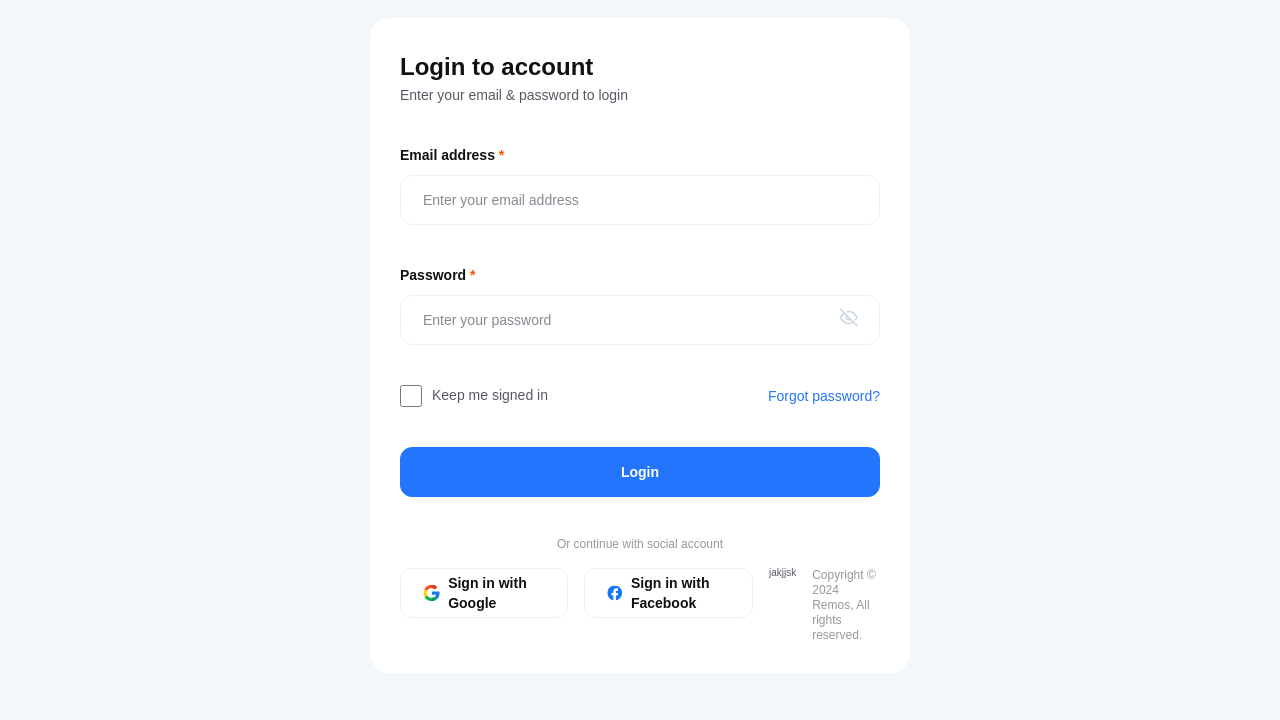
Repository: ERakshaypatidar/Gyanshieela
Page: login.html
These files come from the project's save history. The page is drawn as it stood at one moment and after a run of saves; the edit follows.
The browser window is 1280 px wide. The pictures show the whole page.
Some web fonts or font styles are not loaded; a fallback is used.

Above is the page before, as saved 2024-12-16 10:22:10.

### login.html
<!DOCTYPE html>
<!--[if IE 8 ]><html class="ie" xmlns="http://www.w3.org/1999/xhtml" xml:lang="en-US" lang="en-US"> <![endif]-->
<!--[if (gte IE 9)|!(IE)]><!-->
<html xmlns="http://www.w3.org/1999/xhtml" xml:lang="en-US" lang="en-US">
<!--<![endif]-->


<!-- Mirrored from themesflat.co/html/remos/login.html by HTTrack Website Copier/3.x [XR&CO'2014], Wed, 03 Apr 2024 09:29:12 GMT -->

<head>
    <script>
        // Client-side form validation and setting login status
        function validateLoginForm(event) {
            event.preventDefault(); // Prevent form submission

            const email = document.getElementById('email').value;
            const password = document.getElementById('password').value;

            // Basic email validation using regex
            const emailPattern = /^[a-zA-Z0-9._-]+@[a-zA-Z0-9.-]+\.[a-zA-Z]{2,4}$/;
            if (!email || !emailPattern.test(email)) {
                alert("Please enter a valid email address.");
                return;
            }

            // Password validation
            if (!password || password.length < 6) {
                alert("Password must be at least 6 characters long.");
                return;
            }

            // If validation is successful, set login status in localStorage
            localStorage.setItem("isLoggedIn", "true");

            // Redirect to the homepage after successful login
            window.location.href = "index.html";
        }
    </script>
    <!-- Basic Page Needs -->
    <meta charset="utf-8">
    <!--[if IE]><meta http-equiv='X-UA-Compatible' content='IE=edge,chrome=1'><![endif]-->
    <title>Remos eCommerce Admin Dashboard HTML Template</title>

    <meta name="author" content="themesflat.com">

    <!-- Mobile Specific Metas -->
    <meta name="viewport" content="width=device-width, initial-scale=1, maximum-scale=1">

    <!-- Theme Style -->
    <link rel="stylesheet" type="text/css" href="css/animate.min.css">
    <link rel="stylesheet" type="text/css" href="css/animation.css">
    <link rel="stylesheet" type="text/css" href="css/bootstrap.css">
    <link rel="stylesheet" type="text/css" href="css/bootstrap-select.min.css">
    <link rel="stylesheet" type="text/css" href="css/style.css">



    <!-- Font -->
    <link rel="stylesheet" href="font/fonts.css">

    <!-- Icon -->
    <link rel="stylesheet" href="icon/style.css">

    <!-- Favicon and Touch Icons  -->
    <link rel="shortcut icon" href="images/favicon.png">
    <link rel="apple-touch-icon-precomposed" href="images/favicon.png">

</head>

<body class="body">

    <!-- #wrapper -->
    <div id="wrapper">
        <!-- #page -->
        <div id="page" class="">
            <div class="wrap-login-page">
                <div class="flex-grow flex flex-column justify-center gap30">
                    <form class="form-login flex flex-column gap24" action="http://localhost:8081/Akshay/login"
                        method="POST">

                        </a>
                        <div class="login-box">
                            <div>
                                <h3>Login to account</h3>
                                <div class="body-text">Enter your email & password to login</div>
                            </div>
                            <form class="form-login flex flex-column gap24" action="http://localhost:8081/Akshay/login"
                                method="POST">
                                <fieldset class="email">
                                    <div class="body-title mb-10">Email address <span class="tf-color-1">*</span></div>
                                    <input class="flex-grow" type="email" placeholder="Enter your email address"
                                        name="email" tabindex="0" value="" aria-required="true" required="">
                                </fieldset>
                                <fieldset class="password">
                                    <div class="body-title mb-10">Password <span class="tf-color-1">*</span></div>
                                    <input class="password-input" type="password" placeholder="Enter your password"
                                        name="password" tabindex="0" value="" aria-required="true" required="">
                                    <span class="show-pass">
                                        <i class="icon-eye view"></i>
                                        <i class="icon-eye-off hide"></i>
                                    </span>
                                </fieldset>
                                <div class="flex justify-between items-center">
                                    <div class="flex gap10">
                                        <input type="checkbox" id="signed" name="keepSignedIn">
                                        <label class="body-text" for="signed">Keep me signed in</label>
                                    </div>
                                    <a href="#" class="body-text tf-color">Forgot password?</a>
                                </div>
                                <button type="submit" class="tf-button w-full">Login</button>
                            </form>

                            <div>
                                <div class="text-tiny mb-16 text-center">Or continue with social account</div>
                                <div class="flex gap16 mobile-wrap">
                                    <a href="index.html" class="tf-button style-2 w-full">
                                        <svg xmlns="http://www.w3.org/2000/svg" width="23" height="22"
                                            viewBox="0 0 23 22" fill="none">
                                            <g clip-path="url(#clip0_604_19993)">
                                                <path
                                                    d="M21.6676 9.08734L12.694 9.08691C12.2978 9.08691 11.9766 9.40806 11.9766 9.80432V12.671C11.9766 13.0672 12.2978 13.3884 12.694 13.3884H17.7474C17.194 14.8244 16.1612 16.0271 14.8435 16.7913L16.9983 20.5213C20.4548 18.5223 22.4983 15.0148 22.4983 11.0884C22.4983 10.5293 22.4571 10.1297 22.3747 9.67967C22.312 9.33777 22.0152 9.08734 21.6676 9.08734Z"
                                                    fill="#167EE6" />
                                                <path
                                                    d="M11.5019 17.6959C9.02885 17.6959 6.86993 16.3447 5.71041 14.3452L1.98047 16.4951C3.87861 19.7849 7.43445 22.0002 11.5019 22.0002C13.4972 22.0002 15.38 21.463 17.0019 20.5267V20.5216L14.8471 16.7915C13.8615 17.3632 12.7209 17.6959 11.5019 17.6959Z"
                                                    fill="#12B347" />
                                                <path
                                                    d="M17 20.5267V20.5216L14.8452 16.7915C13.8596 17.3631 12.7192 17.6959 11.5 17.6959V22.0002C13.4953 22.0002 15.3782 21.463 17 20.5267Z"
                                                    fill="#0F993E" />
                                                <path
                                                    d="M4.80435 10.9998C4.80435 9.78079 5.13702 8.64036 5.70854 7.65478L1.9786 5.50488C1.0372 7.12167 0.5 8.99932 0.5 10.9998C0.5 13.0002 1.0372 14.8779 1.9786 16.4947L5.70854 14.3448C5.13702 13.3592 4.80435 12.2188 4.80435 10.9998Z"
                                                    fill="#FFD500" />
                                                <path
                                                    d="M11.5019 4.30435C13.1145 4.30435 14.5958 4.87738 15.7529 5.83056C16.0383 6.06568 16.4532 6.04871 16.7146 5.78725L18.7458 3.75611C19.0424 3.45946 19.0213 2.97387 18.7044 2.69895C16.7658 1.0172 14.2436 0 11.5019 0C7.43445 0 3.87861 2.21534 1.98047 5.50511L5.71041 7.65501C6.86993 5.65555 9.02885 4.30435 11.5019 4.30435Z"
                                                    fill="#FF4B26" />
                                                <path
                                                    d="M15.751 5.83056C16.0364 6.06568 16.4513 6.04871 16.7128 5.78725L18.7439 3.75611C19.0405 3.45946 19.0194 2.97387 18.7025 2.69895C16.764 1.01716 14.2417 0 11.5 0V4.30435C13.1126 4.30435 14.594 4.87738 15.751 5.83056Z"
                                                    fill="#D93F21" />
                                            </g>
                                            <defs>
                                                <clipPath id="clip0_604_19993">
                                                    <rect width="22" height="22" fill="white"
                                                        transform="translate(0.5)" />
                                                </clipPath>
                                            </defs>
                                        </svg>
                                        <span class="tf-color-3">Sign in with Google</span>
                                    </a>
                                    <a href="index.html" class="tf-button style-2 w-full">
                                        <svg xmlns="http://www.w3.org/2000/svg" width="23" height="22"
                                            viewBox="0 0 23 22" fill="none">
                                            <g clip-path="url(#clip0_604_20003)">
                                                <path
                                                    d="M22.5 11C22.5 16.4905 18.4773 21.0414 13.2188 21.8664V14.1797H15.7818L16.2695 11H13.2188V8.93664C13.2188 8.06652 13.645 7.21875 15.0114 7.21875H16.3984V4.51172C16.3984 4.51172 15.1395 4.29688 13.9359 4.29688C11.4235 4.29688 9.78125 5.81969 9.78125 8.57656V11H6.98828V14.1797H9.78125V21.8664C4.52273 21.0414 0.5 16.4905 0.5 11C0.5 4.92508 5.42508 0 11.5 0C17.5749 0 22.5 4.92508 22.5 11Z"
                                                    fill="#1877F2" />
                                                <path
                                                    d="M15.7818 14.1797L16.2695 11H13.2188V8.9366C13.2188 8.0667 13.6449 7.21875 15.0114 7.21875H16.3984V4.51172C16.3984 4.51172 15.1396 4.29688 13.9361 4.29688C11.4235 4.29688 9.78125 5.81969 9.78125 8.57656V11H6.98828V14.1797H9.78125V21.8663C10.3413 21.9542 10.9153 22 11.5 22C12.0847 22 12.6587 21.9542 13.2188 21.8663V14.1797H15.7818Z"
                                                    fill="white" />
                                            </g>
                                            <defs>
                                                <clipPath id="clip0_604_20003">
                                                    <rect width="22" height="22" fill="white"
                                                        transform="translate(0.5)" />
                                                </clipPath>
                                            </defs>
                                        </svg>
                                        <span class="tf-color-3">Sign in with Facebook</span>
                                    </a>
                                    jakjjsk
                                    <div class="text-tiny">Copyright © 2024 Remos, All rights reserved.</div>
                                </div>
                            </div>
                            <!-- /#page -->
                        </div>
                        <!-- /#wrapper -->

                        <!-- Javascript -->
                        <script src="js/jquery.min.js"></script>
                        <script src="js/bootstrap.min.js"></script>
                        <script src="js/bootstrap-select.min.js"></script>
                        <script src="js/main.js"></script>

</body>


<!-- Mirrored from themesflat.co/html/remos/login.html by HTTrack Website Copier/3.x [XR&CO'2014], Wed, 03 Apr 2024 09:29:12 GMT -->

</html>

### css/animation.css
@keyframes ellipse1 {
  0% {
    transform: translate(-50%, 55%) scale(0.8) ;
    opacity: 0;
  }
  20% {
    transform: translate(-50%, 55%) scale(0.9) ;
    opacity: 1;
  }
  100% {
    transform: translate(-50%, 55%) scale(1) ;
    opacity: 0;
  }
}

@keyframes ellipse2 {
  0% {
    transform: scale(0.8) ;
    opacity: 0;
  }
  20% {
    transform: scale(0.9) ;
    opacity: 1;
  }
  100% {
    transform: scale(1) ;
    opacity: 0;
  }
}

@keyframes ellipse3 {
  0% {
    transform: translate(50%, -50%) scale(0.8) ;
    opacity: 0;
  }
  20% {
    transform: translate(50%, -50%) scale(0.9) ;
    opacity: 1;
  }
  100% {
    transform: translate(50%, -50%) scale(1) ;
    opacity: 0;
  }
}

@keyframes ellipse4 {
  0% {
    transform: translate(-50%, -50%) scale(0.8) ;
    opacity: 0;
  }
  20% {
    transform: translate(-50%, -50%) scale(0.9) ;
    opacity: 1;
  }
  100% {
    transform: translate(-50%, -50%) scale(1) ;
    opacity: 0;
  }
}


@keyframes rotate360 {
  from {
      transform: rotate(0deg) scale(1);
  }
  to {
      transform: rotate(360deg);
  }
}

@keyframes rotate360rv {
  from {
      transform: rotate(0deg) scale(1);
  }
  to {
      transform: rotate(-360deg);
  }
}

@keyframes playvideo {
  0% {
    transform: scale(1.0) ;
    opacity: 1;
  }
  100% {
    transform: scale(1.3) ;
    opacity: 0;
  }
}

@keyframes loader {
  0% {
      transform: scaleY(0.1);
  }
  50% {
      transform: scaleY(1);
      background: #d74d29;
  }
  100% {
      transform: scaleY(0.1);
      background: transparent;
  }
}

@keyframes to-left {

  0%,
  100% {
    transform: translateX(0);
    -webkit-transition: all 0.3s ease;
    -moz-transition: all 0.3s ease;
    -ms-transition: all 0.3s ease;
    -o-transition: all 0.3s ease;
    transition: all 0.3s ease;
  }

  50% {
    transform: translateX(-15px);
    -webkit-transition: all 0.3s ease;
    -moz-transition: all 0.3s ease;
    -ms-transition: all 0.3s ease;
    -o-transition: all 0.3s ease;
    transition: all 0.3s ease;
  }
}

@keyframes to-right {

  0%,
  100% {
    transform: translateX(0);
    -webkit-transition: all 0.3s ease;
    -moz-transition: all 0.3s ease;
    -ms-transition: all 0.3s ease;
    -o-transition: all 0.3s ease;
    transition: all 0.3s ease;
  }

  50% {
    transform: translateX(15px);
    -webkit-transition: all 0.3s ease;
    -moz-transition: all 0.3s ease;
    -ms-transition: all 0.3s ease;
    -o-transition: all 0.3s ease;
    transition: all 0.3s ease;
  }
}

@keyframes to-top {

  0%,
  100% {
    transform: translateY(0px);
    -webkit-transition: all 0.3s ease;
    -moz-transition: all 0.3s ease;
    -ms-transition: all 0.3s ease;
    -o-transition: all 0.3s ease;
    transition: all 0.3s ease;
  }

  50% {
    transform: translateY(-15px);
    -webkit-transition: all 0.3s ease;
    -moz-transition: all 0.3s ease;
    -ms-transition: all 0.3s ease;
    -o-transition: all 0.3s ease;
    transition: all 0.3s ease;
  }
}

@keyframes to-bottom {

  0%,
  100% {
    transform: translateY(0px);
    -webkit-transition: all 0.3s ease;
    -moz-transition: all 0.3s ease;
    -ms-transition: all 0.3s ease;
    -o-transition: all 0.3s ease;
    transition: all 0.3s ease;
  }

  50% {
    transform: translateY(15px);
    -webkit-transition: all 0.3s ease;
    -moz-transition: all 0.3s ease;
    -ms-transition: all 0.3s ease;
    -o-transition: all 0.3s ease;
    transition: all 0.3s ease;
  }
}

@keyframes ani-1 {
  0% {
    transform: translate(0px, 0px) rotate(0deg);
  }

  20% {
    transform: translate(73px, -1px) rotate(36deg);
  }

  40% {
    transform: translate(141px, 72px) rotate(72deg);
  }

  60% {
    transform: translate(83px, 122px) rotate(108deg);
  }

  80% {
    transform: translate(-40px, 72px) rotate(144deg);
  }

  100% {
    transform: translate(0px, 0px) rotate(0deg);
  }
}

@keyframes ani-2 {

  0%,
  100% {
    -webkit-transform: translateX(0) translateY(0) rotate(0);
    transform: translateX(0) translateY(0) rotate(0);
  }

  25%,
  75% {
    -webkit-transform: translateX(15px) translateY(20px) rotate(10deg);
    transform: translateX(15px) translateY(20px) rotate(10deg);
  }

  50% {
    -webkit-transform: translateX(60px) translateY(35px) rotate(15deg);
    transform: translateX(60px) translateY(35px) rotate(15deg);
  }
}


@keyframes tf-buzz-out {
  10% {
      transform: translateY(3%) rotate(2deg);
  }
  20% {
      transform: translateY(-3%) rotate(-2deg);
  }
  30% {
      transform: translateY(3%) rotate(2deg);
  }
  40% {
      transform: translateY(-3%) rotate(-2deg);
  }
  50% {
      transform: translateY(2%) rotate(1deg);
  }
  60% {
      transform: translateY(-2%) rotate(-1deg);
  }
  70% {
      transform: translateY(2%) rotate(1deg);
  }
  80% {
      transform: translateY(-2%) rotate(-1deg);
  }
  90% {
      transform: translateY(1%) rotate(0);
  }
  to {
      transform: translateY(-1%) rotate(0);
  }
}

@keyframes preload {

  from,
  20%,
  40%,
  60%,
  80%,
  to {
      animation-timing-function: cubic-bezier(0.215, 0.61, 0.355, 1);
  }

  0% {
      opacity: 0;
      transform: scale3d(0.3, 0.3, 0.3);
  }

  20% {
      transform: scale3d(1.1, 1.1, 1.1);
  }

  40% {
      transform: scale3d(0.9, 0.9, 0.9);
  }

  60% {
      opacity: 1;
      transform: scale3d(1.03, 1.03, 1.03);
  }

  80% {
      transform: scale3d(0.97, 0.97, 0.97);
  }

  to {
      opacity: 1;
      transform: scale3d(1, 1, 1);
  }
}

Loaded but not shown: css/animate.min.css (library); css/bootstrap.css (library); css/bootstrap-select.min.css (library); font/fonts.css (common file); js/jquery.min.js (library); js/bootstrap.min.js (library); js/bootstrap-select.min.js (library); js/main.js (232 lines, source omitted); css/style.css (6311 lines, source omitted); icon/style.css (963 lines, source omitted)

After the next 2 saves:
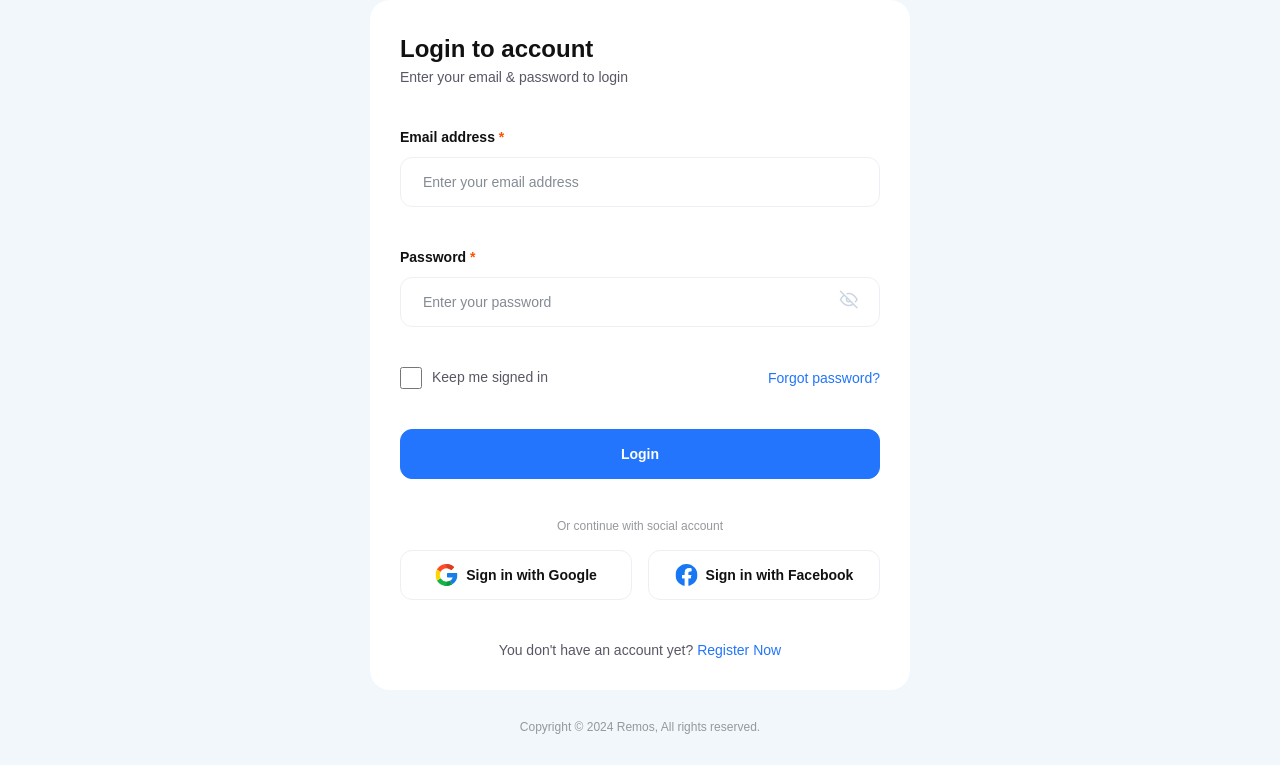
The 2 saves are shown as one change because they came seconds apart.
The last was saved 7 s later.
--- a/login.html
+++ b/login.html
@@ -165,19 +165,26 @@
                                         </svg>
                                         <span class="tf-color-3">Sign in with Facebook</span>
                                     </a>
-                                    jakjjsk
-                                    <div class="text-tiny">Copyright © 2024 Remos, All rights reserved.</div>
                                 </div>
                             </div>
-                            <!-- /#page -->
+                            <div class="body-text text-center">
+                                You don't have an account yet?
+                                <a href="sign-up.html" class="body-text tf-color">Register Now</a>
+                            </div>
                         </div>
-                        <!-- /#wrapper -->
+                </div>
+                <div class="text-tiny">Copyright © 2024 Remos, All rights reserved.</div>
+            </div>
+        </div>
+        <!-- /#page -->
+    </div>
+    <!-- /#wrapper -->
 
-                        <!-- Javascript -->
-                        <script src="js/jquery.min.js"></script>
-                        <script src="js/bootstrap.min.js"></script>
-                        <script src="js/bootstrap-select.min.js"></script>
-                        <script src="js/main.js"></script>
+    <!-- Javascript -->
+    <script src="js/jquery.min.js"></script>
+    <script src="js/bootstrap.min.js"></script>
+    <script src="js/bootstrap-select.min.js"></script>
+    <script src="js/main.js"></script>
 
 </body>
 
